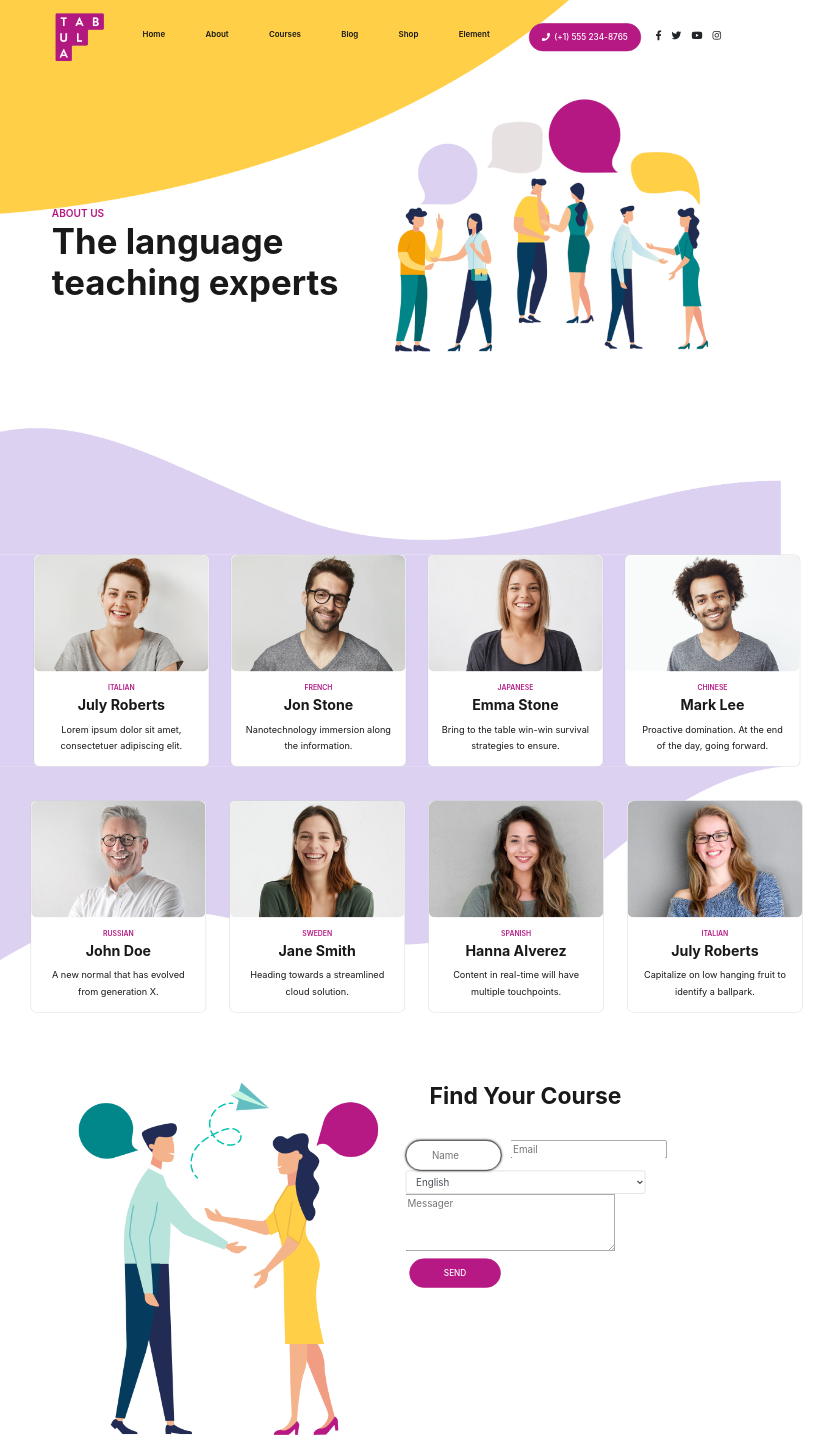
Repository: Khanh1234-glitch/TruongNguyenBaoKhanh_BC22_assignment__tabula
Page: Tabula/index.html
An editor plug-in stored every save of this project. The page is shown before and after the next save, followed by the edit.
The browser window is 1280 px wide. The page is 1366 px wide, so the pictures cover 1366 px, including what lies to the right of the window. The pictures show the whole page, at 61% of full size.
The style sheet was rebuilt from its Sass, Less or Tailwind sources for each picture, by a compiler version that may differ from the author's.

Above is the page before, as saved 2022-04-18 09:57:03.

### Tabula/index.html
<!doctype html>
<html lang="en">

<head>
    <title>Title</title>
    <!-- Required meta tags -->
    <meta charset="utf-8">
    <meta name="viewport" content="width=device-width, initial-scale=1, shrink-to-fit=no">
    <!-- link css -->
    <link rel="stylesheet" href="./css/style.css">
    <!-- link fontawesome -->
    <link rel="stylesheet" href="https://cdnjs.cloudflare.com/ajax/libs/font-awesome/5.15.4/css/all.min.css">
    <!-- Bootstrap CSS -->
    <link rel="stylesheet" href="https://stackpath.bootstrapcdn.com/bootstrap/4.3.1/css/bootstrap.min.css" integrity="sha384-ggOyR0iXCbMQv3Xipma34MD+dH/1fQ784/j6cY/iJTQUOhcWr7x9JvoRxT2MZw1T" crossorigin="anonymous">
</head>

<body>
    <header>
        <nav class="navbar container navbar-expand-md navbar-dark">
            <!-- Toggler/collapsibe Button -->
            <button class="navbar-toggler" type="button" data-toggle="collapse" data-target="#collapsibleNavbar">
                <span class="navbar-toggler-icon"></span>
            </button>
            <!-- Brand -->
            <img style="cursor:pointer" src="./img/crest.png" alt="">
            <!-- Navbar links -->
            <div class="collapse navbar-collapse " id="collapsibleNavbar">
                <ul class="navbar-nav ml-auto">
                    <li class="nav-item">
                        <a class="nav-link" href="#">Home</a>
                    </li>
                    <li class="nav-item">
                        <a class="nav-link" href="#">About</a>
                    </li>
                    <li class="nav-item">
                        <a class="nav-link" href="#">Courses</a>
                    </li>
                    <li class="nav-item">
                        <a class="nav-link" href="#">Blog</a>
                    </li>
                    <li class="nav-item">
                        <a class="nav-link" href="#">Shop</a>
                    </li>
                    <li class="nav-item">
                        <a class="nav-link" href="#">Element</a>
                    </li>
                    <li class="button">
                        <button class="btn-header"><i style="margin-right:7px;" class="fa fa-phone"></i> (+1) 555 234-8765</button>
                    </li>
                    <li class="nav-item" style="margin-top:10px">
                        <i class="fab fa-facebook-f"></i>
                        <i class="fab fa-twitter"></i>
                        <i class="fab fa-youtube"></i>
                        <i class="fab fa-instagram"></i>
                    </li>
                </ul>
            </div>
        </nav>
        <div class="hero-book container ">
            <div class="text-left">
                <span>ABOUT US</span>
                <h1>The language teaching experts</h1>
            </div>
            <div class="img-right">
                <img src="./img/hero_team.png" alt="">
            </div>
        </div>
    </header>
    <section class="column-img ">
        <img src="./img/Violet_top_left_wave.png" alt="">
        <div class="bg-card">
            <div class="container-card ">
                <div class="card" style="width: 18rem;">
                    <div class="img-card">
                        <img class="card-img-top" srcset="./img/teacher_1.jpg " alt="Card image cap">
                    </div>
                    <div class="card-body">
                        <p>ITALIAN</p>
                        <h5 class="card-title">July Roberts</h5>
                        <p class="card-text">Lorem ipsum dolor sit amet, consectetuer adipiscing elit.</p>
                    </div>
                </div>
                <div class="card" style="width: 18rem;">
                    <div class="img-card">
                        <img class="card-img-top" srcset="./img/teacher_2.jpg " alt="Card image cap">
                    </div>
                    <div class="card-body">
                        <p>FRENCH</p>
                        <h5 class="card-title">Jon Stone
                        </h5>
                        <p class="card-text">Nanotechnology immersion along the information.</p>
                    </div>
                </div>
                <div class="card" style="width: 18rem;">
                    <div class="img-card">
                        <img class="card-img-top" srcset="./img/teacher_3.jpg" alt="Card image cap">
                    </div>
                    <div class="card-body">
                        <p>JAPANESE</p>
                        <h5 class="card-title">Emma Stone</h5>
                        <p class="card-text">Bring to the table win-win survival strategies to ensure.</p>
                    </div>
                </div>
                <div class="card" style="width: 18rem;">
                    <div class="img-card">
                        <img class="card-img-top" srcset="./img/teacher_4.jpg " alt="Card image cap">
                    </div>
                    <div class="card-body">
                        <p>CHINESE</p>
                        <h5 class="card-title">Mark Lee</h5>
                        <p class="card-text">Proactive domination. At the end of the day, going forward.</p>
                    </div>
                </div>
            </div>
        </div>

        <img src="./img/Violet_bottom_left_wave.png" alt="">
        <div class="card-bottom">
            <div class="container-card ">
                <div class="card" style="width: 18rem;">
                    <div class="img-card">
                        <img class="card-img-top" srcset="./img/teacher_5.jpg " alt="Card image cap">
                    </div>
                    <div class="card-body">
                        <p>RUSSIAN</p>
                        <h5 class="card-title">John Doe</h5>
                        <p class="card-text">A new normal that has evolved from generation X.</p>
                    </div>
                </div>
                <div class="card" style="width: 18rem;">
                    <div class="img-card">
                        <img class="card-img-top" srcset="./img/teacher_6.jpg " alt="Card image cap">
                    </div>
                    <div class="card-body">
                        <p>SWEDEN</p>
                        <h5 class="card-title">Jane Smith</h5>
                        <p class="card-text">Heading towards a streamlined cloud solution.</p>
                    </div>
                </div>
                <div class="card" style="width: 18rem;">
                    <div class="img-card">
                        <img class="card-img-top" srcset="./img/teacher_7.jpg " alt="Card image cap">
                    </div>
                    <div class="card-body">
                        <p>SPANISH</p>
                        <h5 class="card-title">Hanna Alverez</h5>
                        <p class="card-text">Content in real-time will have multiple touchpoints.</p>
                    </div>
                </div>
                <div class="card" style="width: 18rem;">
                    <div class="img-card">
                        <img class="card-img-top" srcset="./img/teacher_8.jpg " alt="Card image cap">
                    </div>
                    <div class="card-body">
                        <p>ITALIAN</p>
                        <h5 class="card-title">July Roberts</h5>
                        <p class="card-text">Capitalize on low hanging fruit to identify a ballpark.</p>
                    </div>
                </div>
            </div>
        </div>
    </section>
    <section class="contact-form container">
        <div class="img-left">
            <img src="./img/conatct_inner.png" alt="">
        </div>
        <div class="form-right">
            <div class="form">
                <div class="title">Find Your Course</div>
                <div class="row-form">
                    <div class="name-form"><input type="text" placeholder="Name"></div>
                    <div class="email-form"><input type="text" placeholder="Email"></div>
                </div>
                <div class="seclect-form">
                    <select class="form-control" id="exampleFormControlSelect1">
                        <option>English</option>
                        <option>French</option>
                        <option>Spanish</option>
                        <option>German</option>
                    </select>
                </div>
                <div class="text-form">
                    <textarea name="" id="" cols="30" rows="10" placeholder="Messager"></textarea>
                </div>
                <button>Send</button>
            </div>
        </div>
    </section>

    <!-- Optional JavaScript -->
    <!-- jQuery first, then Popper.js, then Bootstrap JS -->
    <script src="https://code.jquery.com/jquery-3.3.1.slim.min.js" integrity="sha384-q8i/X+965DzO0rT7abK41JStQIAqVgRVzpbzo5smXKp4YfRvH+8abtTE1Pi6jizo" crossorigin="anonymous"></script>
    <script src="https://cdnjs.cloudflare.com/ajax/libs/popper.js/1.14.7/umd/popper.min.js" integrity="sha384-UO2eT0CpHqdSJQ6hJty5KVphtPhzWj9WO1clHTMGa3JDZwrnQq4sF86dIHNDz0W1" crossorigin="anonymous"></script>
    <script src="https://stackpath.bootstrapcdn.com/bootstrap/4.3.1/js/bootstrap.min.js" integrity="sha384-JjSmVgyd0p3pXB1rRibZUAYoIIy6OrQ6VrjIEaFf/nJGzIxFDsf4x0xIM+B07jRM" crossorigin="anonymous"></script>
</body>

</html>

### Tabula/Sass/style.scss
@import "./helper/mixin";
@import "./helper/variable";
@import "./Component/navbar";
@import "./Component/button";
@import "./Component/social";
@import "./Component/herobook";
@import "./Component/card-info";
@import "./Component/footer-form";

### Tabula/Sass/helper/_mixin.scss
@mixin content($fs, $fw, $color) {
    font-size: $fs;
    font-weight: $fw;
    background-color: $color;
}

@mixin content2($fs, $fw, $color) {
    font-size: $fs;
    font-weight: $fw;
    color: $color;
}

### Tabula/Sass/helper/_variable.scss
//color
$color:#e6afd4;
$color2:#181818;
$color3:#b61984 !important;
$color4:#191919 !important;
$color5:#dcd1f3;
//font weight
$fw-1:500;
$fw-2:600;
$fw-3:700;
$fw-4:800;
$fw-0:300;
//font-size
$fs-1:13px;
$fs-2:57px;
$fs-3:16.5px;
$fs-4:14.625px;
$fs-5:13.125px;
$fs-6:13.5px;
$fs-7:16.5px;
$fs-8:15px;
$fs-9:17.25px;
$fs-10:11.25px;
$fs-11:23.25px;
$fs-12:37.5px;

### Tabula/Sass/Component/_navbar.scss
body {
    background: url("./../../img/yellow_top_wave_01.png");
    background-repeat: no-repeat;
    header {
        .navbar-nav {
            .nav-item {
                a {
                    @include content2($fs-1,
                    $fw-2,
                    $color2);
                    line-height: 80px;
                    margin-right: 50px;
                    color: $color2 !important;
                    transition: all 0.5s;
                    &::after {
                        content: "";
                        width: 10px;
                        height: 10px;
                        margin-left: 7px;
                        border-radius: 100%;
                        display: block;
                        background-color: $color3;
                        transition: all 0.5s;
                        transform: scaleX(0);
                    }
                    &:hover {
                        color: $color3;
                        &::after {
                            transform: scaleX(1);
                        }
                    }
                }
            }
        }
    }
}

### Tabula/Sass/Component/_button.scss
    .navbar-nav {
        .button {
            display: flex;
            align-items: center;
            margin-right: 18px;
            button {
                @include content($fs-6, $fw-1, $color3);
                align-items: center;
                border-radius: 50px;
                display: flex;
                justify-content: center;
                line-height: 13.5px;
                margin: 6px;
                padding: 14.85px 20.25px;
                text-align: center;
                color: #fff;
                border: 1px solid $color3;
                transition: all 0.2s;
                &:hover {
                    background-color: #fff !important;
                    border: 1px solid $color3;
                    color: $color3;
                }
            }
        }
    }

    .form {
        button {
            width: 150px;
            height: 48px;
            @include content($fs-6, $fw-1, $color3);
            align-items: center;
            border-radius: 50px;
            display: flex;
            justify-content: center;
            line-height: 13.5px;
            margin: 6px;
            padding: 18.9px 35.1px;
            text-align: center;
            color: #fff;
            border: 1px solid $color3;
            transition: all 0.2s;
            text-transform: uppercase;
            &:hover {
                background-color: #fff !important;
                border: 1px solid $color3;
                color: $color3;
            }
        }
    }

### Tabula/Sass/Component/_social.scss
.navbar-nav {
    .nav-item {
        i {
            margin-right: 12px;
            line-height: 80px;
            cursor: pointer;
            transition: all 0.5s;
            &:hover {
                color: $color3;
            }
        }
    }
}

### Tabula/Sass/Component/_herobook.scss
.hero-book {
    display: flex;
    .text-left {
        margin-top: 216px;
        span {
            @include content2($fs-7, $fw-2, $color3);
            line-height: 19.8px;
        }
        h1 {
            @include content2($fs-2, $fw-3, $color4);
            line-height: 68.4px;
        }
    }
}

### Tabula/Sass/Component/_card-info.scss
.column-img {
    position: relative;
    margin-bottom: 200px;
    img {
        width: 100%;
        height: auto;
        display: block;
    }
    .bg-card {
        background-color: $color5;
        .container-card {
            display: grid;
            grid-template-columns: repeat(4, 1fr);
            gap: 35px;
            margin: 0 55px;
            .card-body {
                text-align: center;
                p:first-of-type {
                    @include content2($fs-10, $fw-2, $color3);
                    line-height: 13.5px;
                    margin: 0px 0px 7.875px;
                }
                h5 {
                    @include content2($fs-11, $fw-3, $color4);
                    line-height: 27.9px;
                }
                p:last-child {
                    color: $color2;
                    font-size: 15px;
                    line-height: 27px;
                    text-align: center;
                }
            }
            .card {
                border-radius: 10px;
                transition: all 0.5s;
                .img-card {
                    overflow: hidden;
                    border-radius: 10px;
                }
                &:hover {
                    box-shadow: 0 8px 60px 0 rgba(103, 151, 255, .11), 0 12px 90px 0 rgba(103, 151, 255, .11);
                    img {
                        transform: scale(1.1);
                        -webkit-transform: scale(1.1);
                        -moz-transform: scale(1.1);
                        -o-transform: scale(1.1);
                        -ms-transform: scale(1.1);
                    }
                }
                img {
                    border-top-left-radius: 10px;
                    border-top-right-radius: 10px;
                    transition: all 0.3s;
                }
            }
        }
    }
}

.card-bottom {
    position: absolute;
    top: 70%;
    .container-card {
        display: grid;
        grid-template-columns: repeat(4, 1fr);
        gap: 38px;
        margin: 0 50px;
        .card-body {
            text-align: center;
            p:first-of-type {
                @include content2($fs-10, $fw-2, $color3);
                line-height: 13.5px;
                margin: 0px 0px 7.875px;
            }
            h5 {
                @include content2($fs-11, $fw-3, $color4);
                line-height: 27.9px;
            }
            p:last-child {
                color: $color2;
                font-size: 15px;
                line-height: 27px;
                text-align: center;
            }
        }
        .card {
            border-radius: 10px;
            transition: all 0.5s;
            .img-card {
                overflow: hidden;
                border-radius: 10px;
            }
            &:hover {
                box-shadow: 0 8px 60px 0 rgba(103, 151, 255, .11), 0 12px 90px 0 rgba(103, 151, 255, .11);
                img {
                    transform: scale(1.1);
                    -webkit-transform: scale(1.1);
                    -moz-transform: scale(1.1);
                    -o-transform: scale(1.1);
                    -ms-transform: scale(1.1);
                }
            }
            img {
                border-top-left-radius: 10px;
                border-top-right-radius: 10px;
                transition: all 0.3s;
            }
        }
    }
}

### Tabula/Sass/Component/_footer-form.scss
    .contact-form {
        display: flex;
        .form-right {
            .form {
                width: 393px;
                height: 504px;
                .title {
                    line-height: 45px;
                    @include content2($fs-12, $fw-3, $color4);
                    margin-bottom: 50px;
                    text-align: center;
                }
                .row-form {
                    display: flex;
                    .name-form {
                        input {
                            border-radius: 50px;
                            width: 157px;
                            box-shadow: #000000 0px 0px 4px 0px;
                            border: 1px solid $color4;
                            padding: 12px 12px 12px 42px;
                            margin-right: 15px;
                        }
                    }
                }
                .text-form {
                    textarea {
                        width: 343px;
                        height: 94px;
                    }
                }
            }
        }
    }

After the next save:
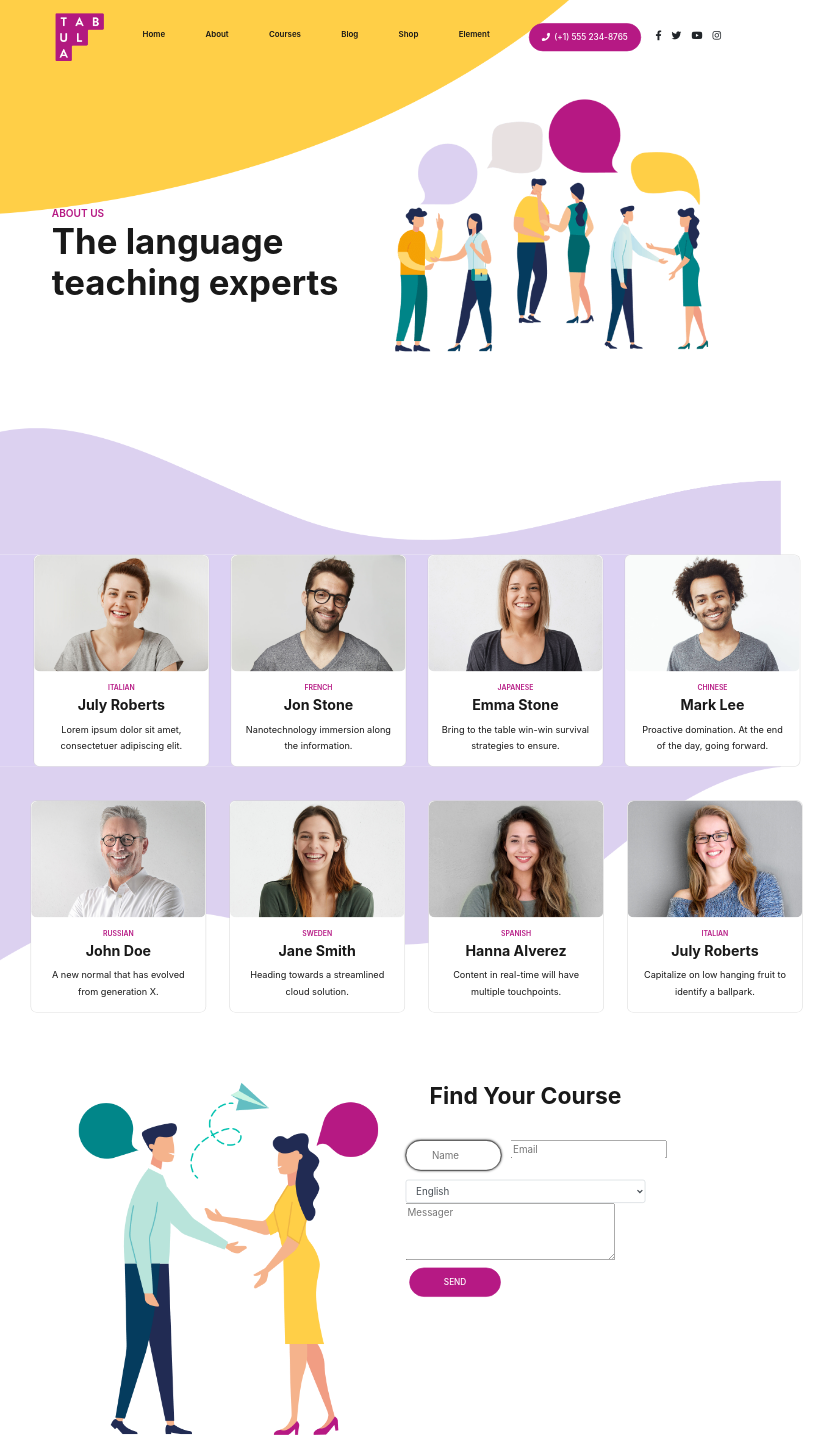
Saved 38 s later.
--- a/Tabula/Sass/Component/_footer-form.scss
+++ b/Tabula/Sass/Component/_footer-form.scss
@@ -19,7 +19,7 @@
                             box-shadow: #000000 0px 0px 4px 0px;
                             border: 1px solid $color4;
                             padding: 12px 12px 12px 42px;
-                            margin-right: 15px;
+                            margin: 0 15px 15px 0;
                         }
                     }
                 }
